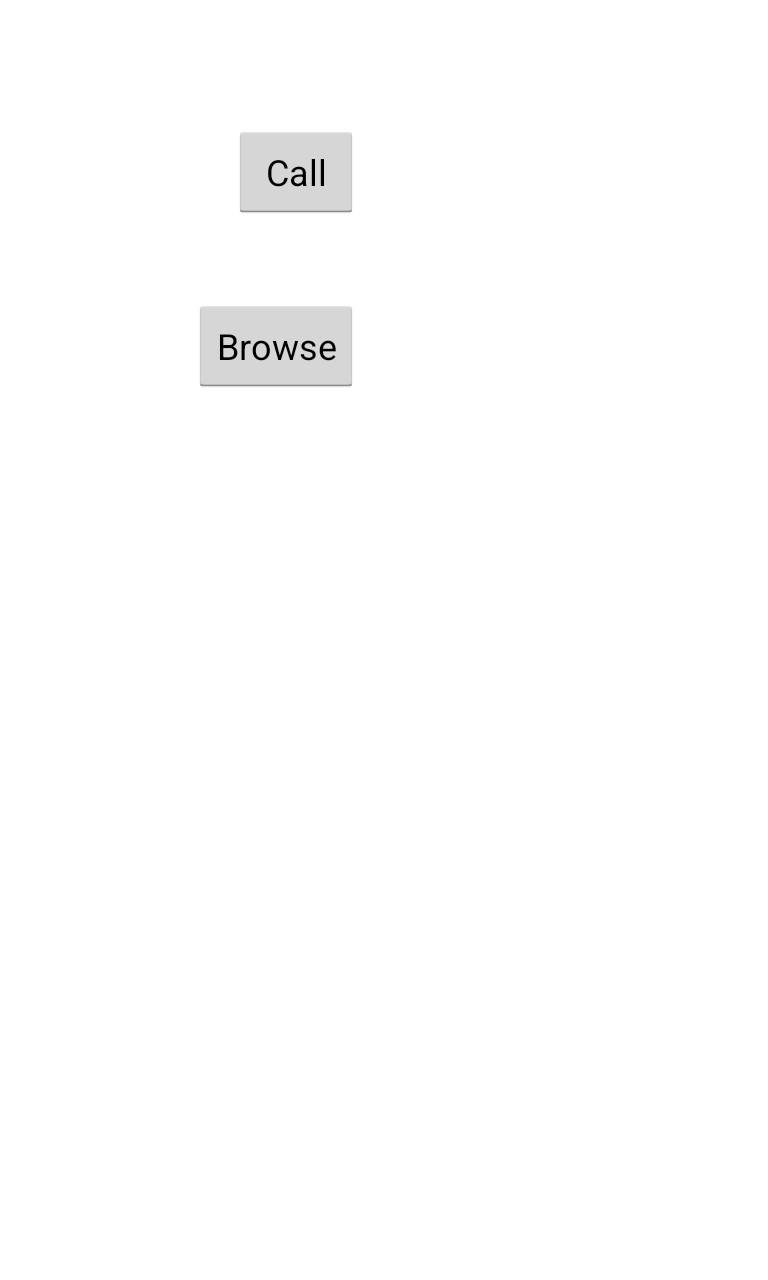
Repository: hellobodhisatwa/Programs1
Layout: MultiIntent/res/layout/activity_main.xml
These files come from the project's save history. The layout is drawn as it stood at one moment and after the next save; the edit follows.
It is drawn on a 768 x 1280 px phone screen (xhdpi) without system bars, with theme AppTheme; the app's code is not run.

Above is the layout before, as saved 2015-10-07 05:30:39.

After the next save:
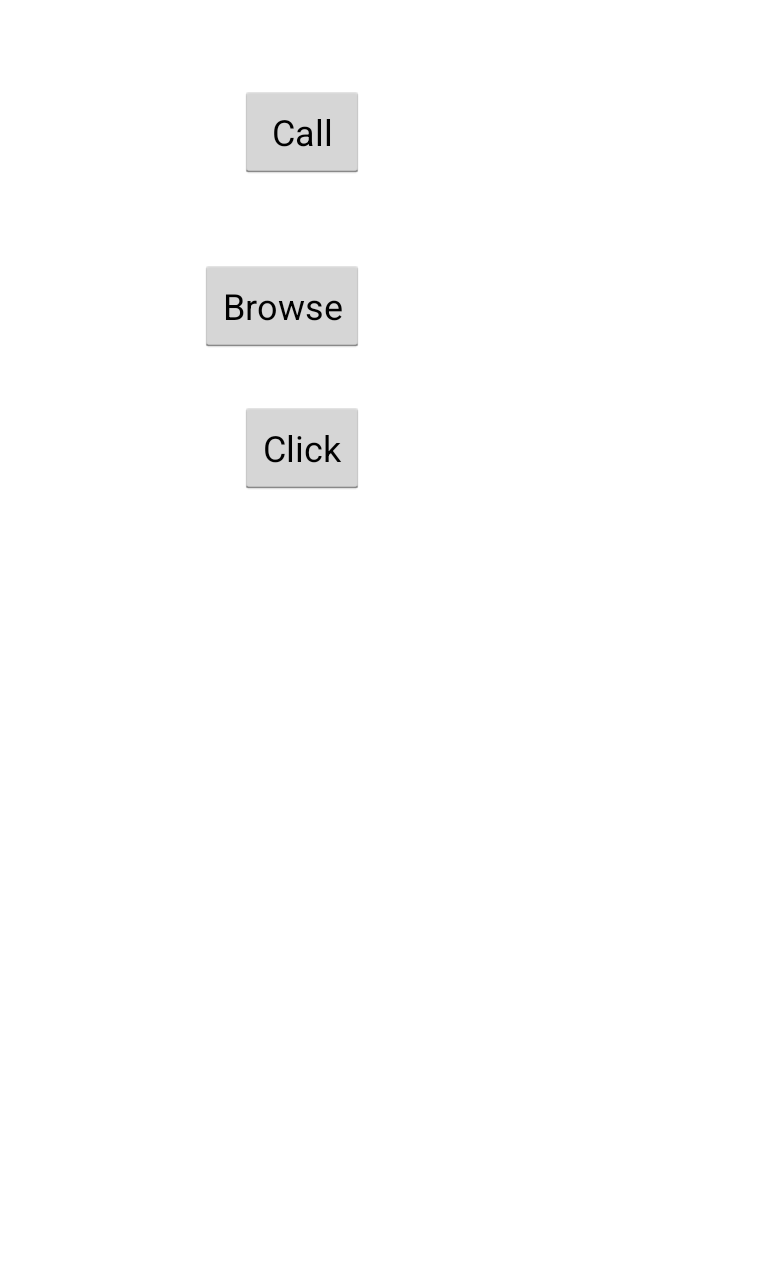
Saved 12 min 40 s later.
--- a/MultiIntent/res/layout/activity_main.xml
+++ b/MultiIntent/res/layout/activity_main.xml
@@ -9,16 +9,6 @@
     tools:context=".MainActivity" >
 
     <Button
-        android:id="@+id/buttoncall"
-        android:layout_width="wrap_content"
-        android:layout_height="wrap_content"
-        android:layout_alignParentLeft="true"
-        android:layout_alignParentTop="true"
-        android:layout_marginLeft="100dp"
-        android:layout_marginTop="46dp"
-        android:text="Call" />
-
-    <Button
         android:id="@+id/buttonbrowse"
         android:layout_width="wrap_content"
         android:layout_height="wrap_content"
@@ -27,4 +17,23 @@
         android:layout_marginTop="39dp"
         android:text="Browse" />
 
+    <Button
+        android:id="@+id/buttonclick"
+        android:layout_width="wrap_content"
+        android:layout_height="wrap_content"
+        android:layout_alignRight="@+id/buttonbrowse"
+        android:layout_below="@+id/buttonbrowse"
+        android:layout_marginTop="23dp"
+        android:text="Click" />
+
+    <Button
+        android:id="@+id/buttoncall"
+        android:layout_width="wrap_content"
+        android:layout_height="wrap_content"
+        android:layout_alignParentLeft="true"
+        android:layout_alignParentTop="true"
+        android:layout_marginLeft="103dp"
+        android:layout_marginTop="26dp"
+        android:text="Call" />
+
 </RelativeLayout>
